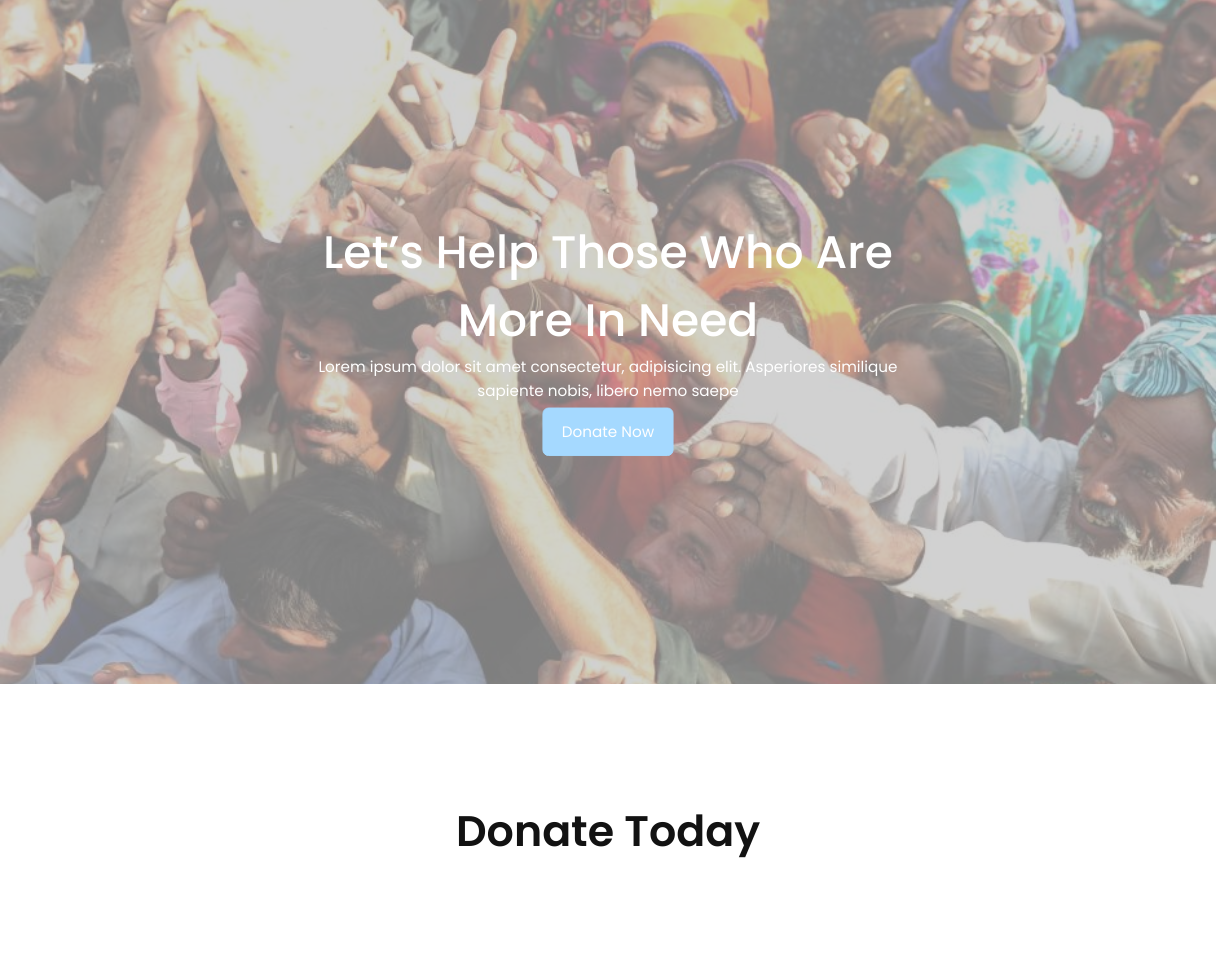
Repository: mdrubel02/donate-website
Page: index.html
An editor plug-in stored every save of this project. The page is shown before and after the next save, followed by the edit.
The browser window is 1280 px wide. The pictures show the whole page, at 95% of full size.

Above is the page before, as saved 2022-07-06 12:38:59.

After the next save:
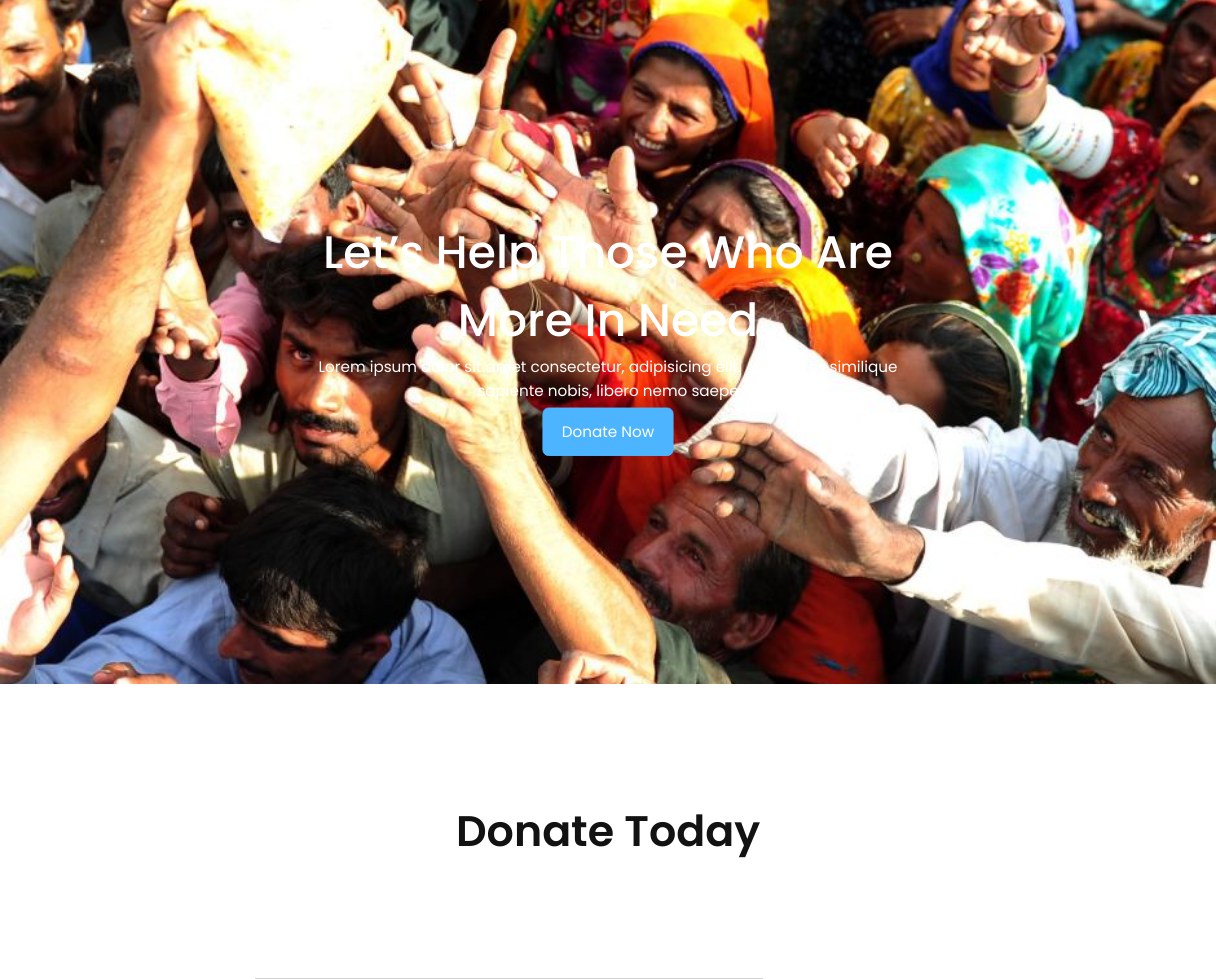
Saved 34 s later.
--- a/index.css
+++ b/index.css
@@ -95,8 +95,6 @@ hr {
     height: 100vh;
     width: 100%;
     position: relative;
-    opacity: .5;
-    z-index: -1;
 }
 
 .banner-section:after {
